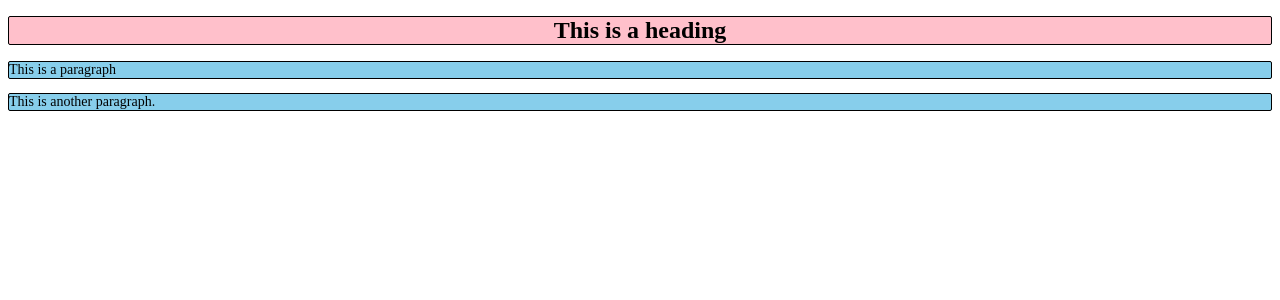
Repository: AishwaryaPandey987/PGLife
Page: home.html
The author's editor kept a copy of each file at every save. The page is drawn from the files as they stood at one save, then again after the next save.
The browser window is 1280 px wide. The pictures show the whole page.

Above is the page before, as saved 2022-10-26 18:44:12.

### home.html
<!DOCTYPE html>
<html>
  <head>
    <title>CSS Page</title>
    <link rel="stylesheet" href="css/style.css" />
  </head>
  <body>
    <h1>This is a heading</h1>
    <p>This is a paragraph</p>
    <p>This is another paragraph.</p>
  </body>
</html>

### css/style.css
h1{
  color: black;
  text-align: center;
  border: 1px solid black;
  border-radius: 2px;
  background-color: pink;
  font-size: 24px;

}

p{

  color: black;
  background-color: skyblue;
  border: 1px solid black;
border-radius: 2px;
  font-size: 14px;
  text-align: left;
}

After the next save:
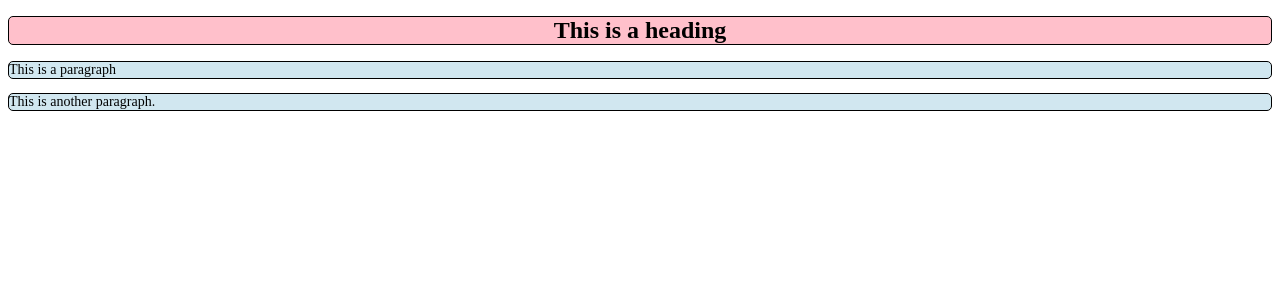
Saved 64 s later.
--- a/css/style.css
+++ b/css/style.css
@@ -2,7 +2,7 @@ h1{
   color: black;
   text-align: center;
   border: 1px solid black;
-  border-radius: 2px;
+  border-radius: 5px;
   background-color: pink;
   font-size: 24px;
 
@@ -11,9 +11,9 @@ h1{
 p{
 
   color: black;
-  background-color: skyblue;
+  background-color: rgb(209, 231, 240);
   border: 1px solid black;
-border-radius: 2px;
+border-radius: 5px;
   font-size: 14px;
   text-align: left;
 }
